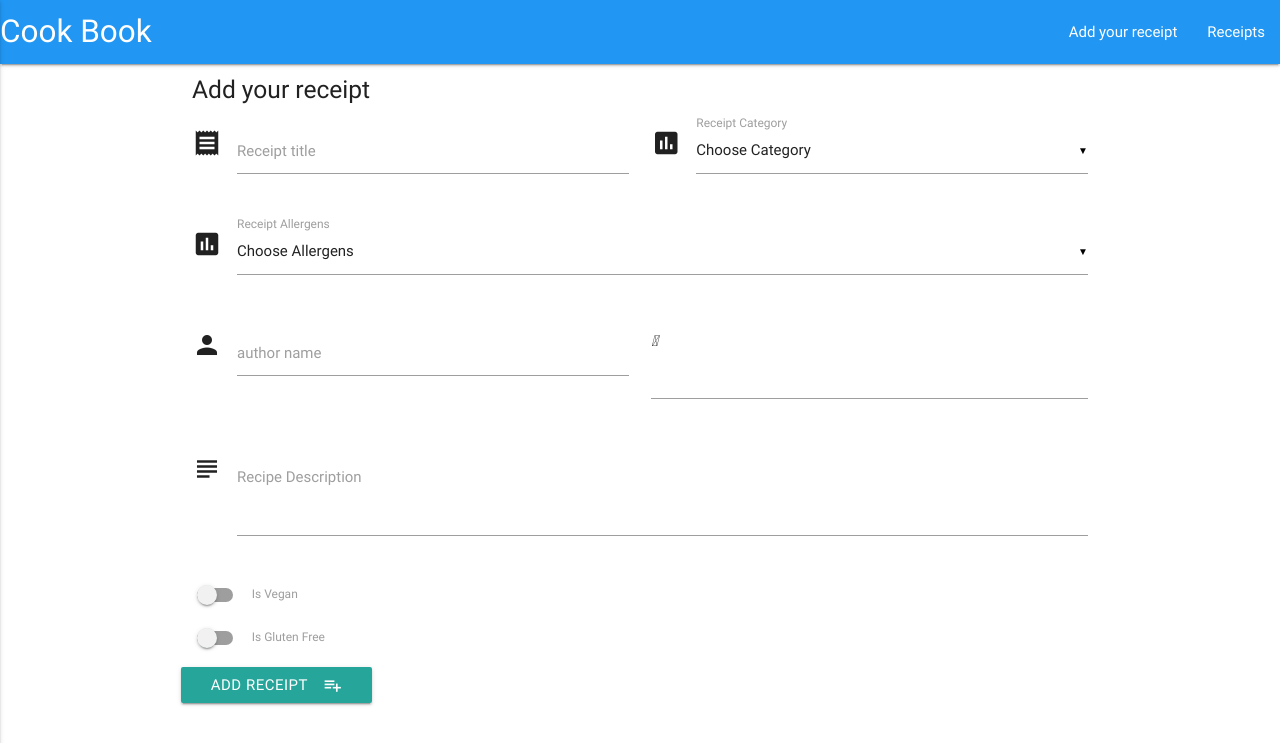
Repository: bbarbara19/cookbook
Page: http://localhost/add_receipt
The author's editor kept a record of every edit. The page is drawn from the files as they stood at one moment, then again after the next edit.
The browser window is 1280 px wide. The pictures show the whole page.
Some web libraries are served in a nearby version. The page is served by the project's application, run on Flask 3 (app.py). Queries for data that is not in the repository find no rows.

Above is the page before.

### templates/add_receipt.html
<!DOCTYPE html>
<html lang="en">
<head>
    <meta charset="UTF-8">
    <meta name="viewport" content="width=device-width, initial-scale=1.0">
    <meta http-equiv="X-UA-Compatible" content="ie=edge">
    <title>Cookbook</title>
    <!--Import Google Icon Font-->
    <link href="https://fonts.googleapis.com/icon?family=Material+Icons" rel="stylesheet">
    <!--Import materialize.css-->
    <link rel="stylesheet" href="https://cdnjs.cloudflare.com/ajax/libs/materialize/0.100.2/css/materialize.min.css">
    <!--Import Font Awesome -->
    <link rel="stylesheet" href="https://cdnjs.cloudflare.com/ajax/libs/font-awesome/4.7.0/css/font-awesome.min.css">
</head>
<body>
<!------header-------->
  <header class="navbar-fixed">
      <nav class="blue">
        <div class="nav-wrapper">
          <a href="#" class="brand-logo">Cook Book</a>
          <a href="#" data-activates="mobile-demo" class="button-collapse"><i class="material-icons">menu</i></a>
            <ul class="right hide-on-med-and-down">
              <li><a href="#">Add your receipt</a></li>
              <li><a href="#">Receipts</a></li>
            </ul>
            <ul class="side-nav" id="mobile-demo">
              <li><a href="#">Add your receipt</a></li>
              <li><a href="#">Receipts</a></li>
            </ul>
        </div>
      </nav>
  </header>
<!------/header-------->

<!------form add your receipt-------->
<section class="container">
    <h5>Add your receipt</h5>
    <div class="row">
        <form action="{{ url_for('insert_receipt') }}" method="POST"  class="col s12">
            <div class="row">
                    <div class="input-field col s6">
                        <i class="material-icons prefix">receipt</i>
                        <input id="receipt_name" name="receipt_name" type="text">
                        <label for="icon_prefix">Receipt title</label>
                    </div>
                    <div class="input-field col s6">
                        <i class="material-icons prefix">poll</i>
                        <select id="category_name" name="category_name">
                        <option value="" disabled selected>Choose Category</option>
                        {% for category in categories %}
                          <option value="{{category.category_name}}">{{category.category_name}}</option>
                        {% endfor %}
                        </select>
                        <label>Receipt Category</label>
                    </div>
            </div>
            <div class="row">
                    <div class="input-field col s12">
                        <i class="material-icons prefix">poll</i>
                        <select id="allergen" name="allergen">
                        <option value="" disabled selected>Choose Allergens</option>
                        {% for allergen in allergens %}
                          <option value="{{allergen.allergen_name}}">{{allergen.allergen_name}}</option>
                        {% endfor %}
                        </select>
                        <label>Receipt Allergens</label>
                    </div>
            </div>
            <div class="row">
                    <div class="input-field col s6">
                        <i class="material-icons prefix">person</i>
                        <input id="author" name="author" type="text">
                        <label for="icon_prefix">author name</label>
                    </div>
                    <div class="input-field col s6">
                         <i class="fas fa-globe"></i>
                        <input id="country" name="country" type="text">
                        <label for="icon_prefix"></label>
                    </div>
            </div>
             <div class="row">
                <div class="input-field col s12">
                    <i class="material-icons prefix">subject</i>
                    <textarea name="description" id="description" class="materialize-textarea"></textarea>
                    <label for="icon_telephone">Recipe Description</label>
                </div>
            </div>
            <div class="row">
                <div class="switch">
                    <label>
                      <input id="is_vegan" name="is_vegan" type="checkbox">
                      <span class="lever"></span>
                      Is Vegan
                    </label>
                </div>
            </div>
             <div class="row">
                <div class="switch">
                    <label>
                      <input id="is_glutenfree" name="is_glutenfree" type="checkbox">
                      <span class="lever"></span>
                      Is Gluten Free
                    </label>
                </div>
            </div>
            <div class="row">
                <button class="btn waves-effect waves-light" type="submit" name="action">Add Receipt
                    <i class="material-icons right">playlist_add</i>
                 </button>
            </div>
        </form>
    </div>
</section>
<!------form add your receipt-------->
<!--Import jQuery-->
  <script src="https://cdnjs.cloudflare.com/ajax/libs/jquery/3.2.1/jquery.min.js"></script>

<!-- Compiled and minified JavaScript -->
<script src="https://cdnjs.cloudflare.com/ajax/libs/materialize/0.100.2/js/materialize.min.js"></script>

<!-- Materialize component initialization -->
<script type="text/javascript">
    $(document).ready(function(){
      $('.collapsible').collapsible();
      $(".dropdown-button").dropdown();
      $(".button-collapse").sideNav();
      $('.carousel.carousel-slider').carousel({fullWidth: true});
      $('.slider').slider();
      $('select').material_select();
      $('.datepicker').pickadate({
            selectMonths: true, // Creates a dropdown to control month
            selectYears: 15, // Creates a dropdown of 15 years to control year,
            today: 'Today',
            clear: 'Clear',
            close: 'Ok',
            closeOnSelect: false // Close upon selecting a date,
        });

    });
</script>

</body>
</html>

### app.py
import os
from flask import Flask, render_template, redirect, request, url_for
from flask_pymongo import PyMongo
from bson.objectid import ObjectId

app = Flask(__name__)
app.config["MONGO_DBNAME"] = 'receipt_book'
app.config["MONGO_URI"] = 'mongodb+srv://mongouser:bbmongo20@myfirstcluster-km3xj.mongodb.net/receipt_book?retryWrites=true&w=majority'
mongo = PyMongo(app)


@app.route('/')
@app.route('/get_receipts')
def get_receipts():
    return render_template("receipts.html", receipts=mongo.db.receipts.find())

@app.route('/add_receipt')
def add_receipt():
    return render_template('add_receipt.html',
                           categories=mongo.db.categories.find(),
                           allergens=mongo.db.allergens.find())

@app.route('/insert_receipt', methods=['POST'])
def insert_receipt():
    receipts = mongo.db.receipts
    receipts.insert_one(request.form.to_dict())
    return redirect(url_for('get_receipts'))

if __name__ == '__main__':
    app.run(host=os.environ.get('IP'),
            port=int(os.environ.get('PORT')),
            debug=True)

After the next edit:
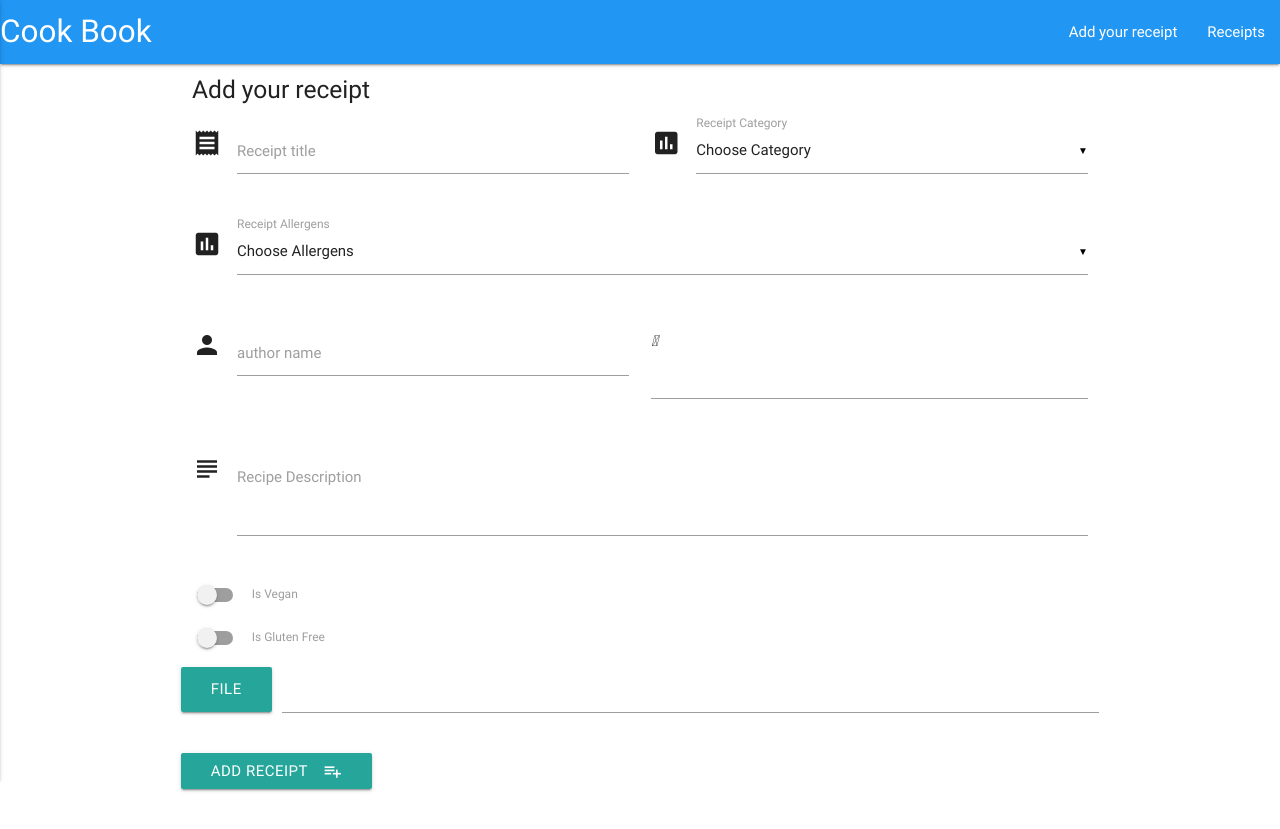
The edit:
--- a/templates/add_receipt.html
+++ b/templates/add_receipt.html
@@ -104,6 +104,17 @@
                 </div>
             </div>
             <div class="row">
+                <div class="file-field input-field">
+                   <div class="btn">
+                   <span>File</span>
+                   <input type="file">
+                </div>
+                <div class="file-path-wrapper">
+                   <input class="file-path validate" type="text">
+                </div>
+                 </div>
+            </div>
+            <div class="row">
                 <button class="btn waves-effect waves-light" type="submit" name="action">Add Receipt
                     <i class="material-icons right">playlist_add</i>
                  </button>
